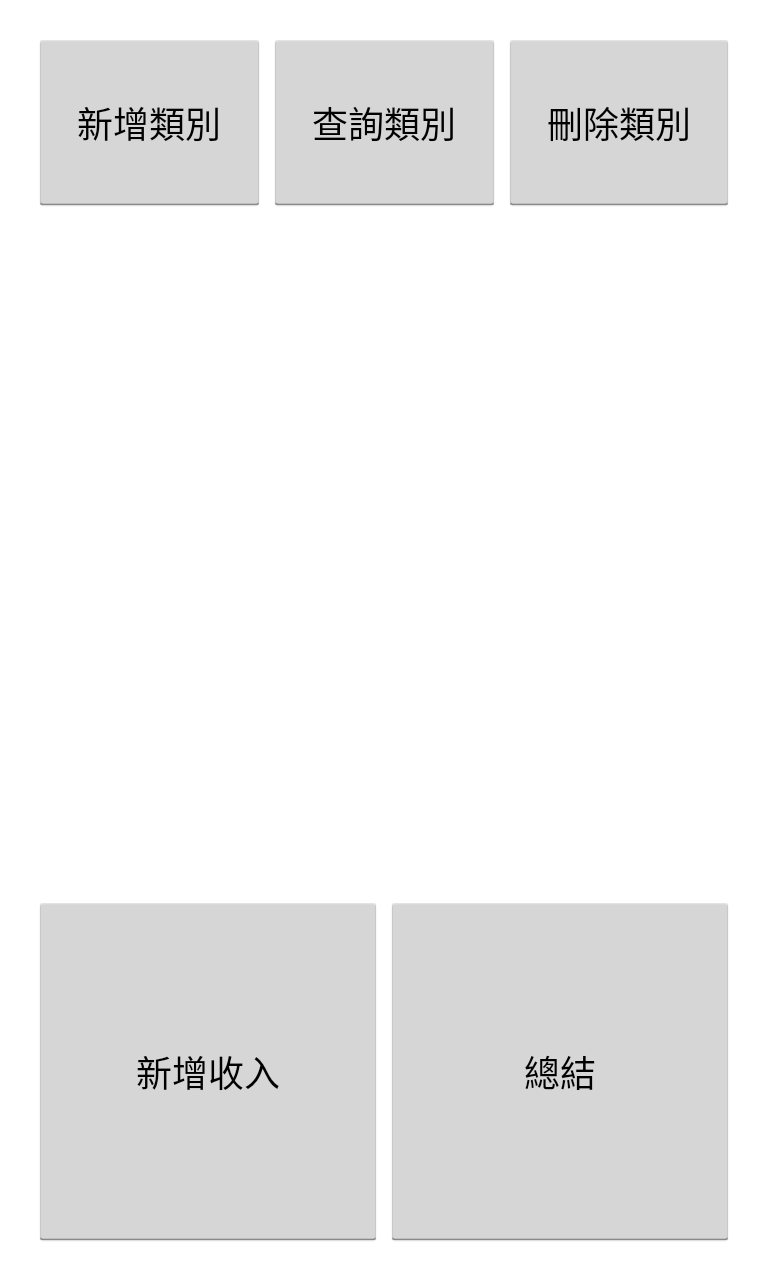
Repository: rayyrayy/Android-app-project
Layout: flashaccounting/easy money manager/res/layout/activity_main.xml
These files come from the project's save history. The layout is drawn as it stood at one moment and after the next save; the edit follows.
It is drawn on a 768 x 1280 px phone screen (xhdpi) without system bars, with theme AppTheme; the app's code is not run.

Above is the layout before, as saved 2014-10-29 06:54:38.

After the next save:
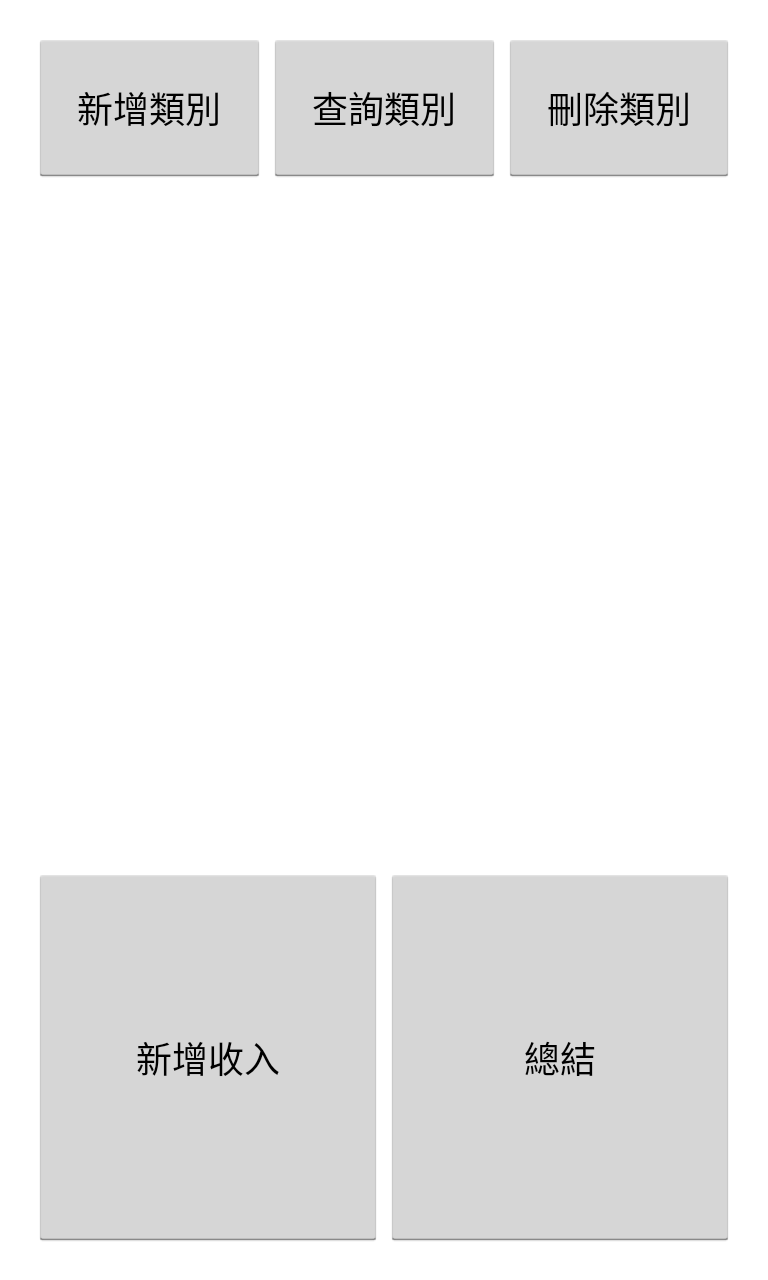
Saved 16 s later.
--- a/flashaccounting/easy money manager/res/layout/activity_main.xml
+++ b/flashaccounting/easy money manager/res/layout/activity_main.xml
@@ -68,7 +68,7 @@
    	<LinearLayout
     android:layout_width="fill_parent"
     android:layout_height="wrap_content"
-   	android:layout_weight="8"
+   	android:layout_weight="12"
    	android:orientation="horizontal">
 
 	    <GridLayout
@@ -86,7 +86,7 @@
    	<LinearLayout
     android:layout_width="fill_parent"
     android:layout_height="wrap_content"
-   	android:layout_weight="3"
+   	android:layout_weight="5"
    	android:orientation="horizontal">
 
    	    <LinearLayout
